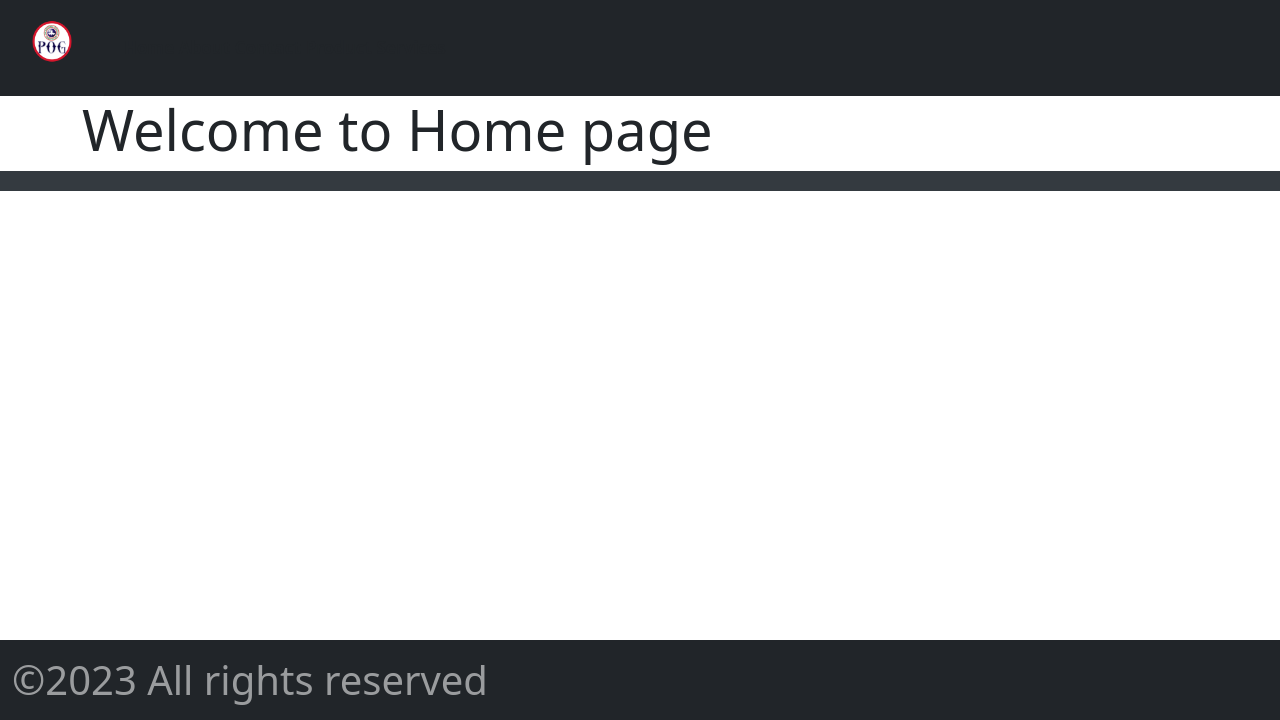
Repository: VuNhatDinhLe/test
Page: http://localhost/
An editor plug-in stored every save of this project. The page is shown before and after the next save, followed by the edit.
The browser window is 1280 px wide. The pictures show the whole page.
Some icons come from a web library that is not loaded, so they are not drawn. The page is served by the project's Node server (server.js). Other server files are loaded and not shown.

Above is the page before, as saved 2023-05-24 23:02:53.

### WEEK3DEMO/app/views/index.ejs
<!DOCTYPE html>
<html lang="en">
<head>
    <meta charset="UTF-8">
    <meta http-equiv="X-UA-Compatible" content="IE=edge">
    <meta name="viewport" content="width=device-width, initial-scale=1.0">
    <title><%= title %></title>
    <link rel="stylesheet" href="style.css"/>
    <link rel="stylesheet" href="/bootstrap/dist/css/bootstrap.min.css"/>
    <link rel="stylesheet" href="/@fortawesome/fontawesome-free/css/all.min.css"/>

        <style>
        ul.navbar-max {
            list-style: none; /* Remove the bullet */
            display: inline; /* Display the list items inline */
            float:right;
            font-size:17px

        }

        ul.navbar-max li {
            display: inline-block; /* Make the list items display inline */
        }
        a:link {
    text-decoration: none;
}


a:visited {
    text-decoration: none;
}


a:hover {
    text-decoration: none;
}


a:active {
    text-decoration: none;
}
html,
body {
  height: 100%;
  margin: 0;
}

body {
  display: flex;
  flex-direction: column;
}

main {
  flex: 1;
}



 footer {
            background-color: #343a40;
            color: #ffffff;
            padding: 10px;
        }

        footer .navbar-text {
            margin-bottom: 0;
        }


    </style>
</head>
<body>
   <!--Main Navigation-->
    <nav class="navbar navbar-expand-lg navbar-dark bg-dark">
  <div class="container-fluid">


    <!--<a class="navbar-brand" href="#">COMP229</a>-->
    <!--<button class="navbar-toggler" type="button" data-toggle="collapse" data-target="#navbarSupportedContent" aria-controls="navbarSupportedContent" aria-expanded="false" aria-label="Toggle navigation">
      <span class="navbar-toggler-icon"></span>
    </button>-->
    <img src="/img/logo.png" alt="logo" style: width="80px"; height="80px">
    <div class="collapse navbar-collapse" id="navbarSupportedContent">

      <b>
        <ul class="navbar-max mr-auto mb-2 mb-lg-0" >
          <% if (title=="Home"){%>
        <li class="nav-item active">
          <%}else{%>
            <li class="nav-item">
              <%}%>
          <a class="nav-link"  href="/"><i class="fas fa-lg fa-laptop-house"></i>Home</a>
        </li>
         <% if (title=="About"){%>
        <li class="nav-item active">
          <%}else{%>
            <li class="nav-item">
              <%}%>
          <a class="nav-link"  href="/about"><i class="fa-solid fa-address-card"></i>About</a>
        </li>
        <% if (title=="Contact"){%>
          <li class="nav-item active">
          <%}else{%>
        <li class="nav-item">
          <%}%>
          <a class="nav-link"  href="/contact"><i class="fa-solid fa-address-book"></i>Contact</a>
        </li>
         <% if (title=="Product"){%>
          <li class="nav-item active">
          <%}else{%>
        <li class="nav-item">
          <%}%>
          <a class="nav-link"  href="/products"><i class="fa-brands fa-product-hunt"></i>Product</a>
        </li>
         <% if (title=="Services"){%>
          <li class="nav-item active">
          <%}else{%>
        <li class="nav-item">
          <%}%>
          <a class="nav-link"  href="/services"><i class="fa-brands fa-servicestack"></i>Services</a>
        </li>
        </ul>
    </div>
  </div>
</nav>

<main class="container">
  <div class="jumbotron">
    <h1 class="display-4">Welcome to <%= title %> page</h1>
    </div>
    </main>
    <!--bottom nav-->

    <footer>
      <nav class="navbar fixed-bottom navbar-dark bg-dark">
   <div class="container-fluid">
    <h6 class="display-6 navbar-text">&copy;2023 All rights reserved</h6>
    </div>
    </nav>
  </div>
</nav>
      </footer>
      <!--script section-->
    <script src="/jquery/dist/jquery.min.js"></script>
    <script src="/bootstrap/dist/js/bootstrap.min.js"></script>
</body>

</html>

### WEEK3DEMO/server.js
process.env.NODE_ENV = process.env.NODE_ENV || 'development';
var express = require('./config/express');
var app = express();
app.listen(5000);
module.exports = app;

console.log('Server running at http://localhost:5000/');

### WEEK3DEMO/app/routes/index.server.routes.js
var express = require('express');
var router = express.Router();

/* GET home page. */
router.get('/', function(req, res, next) {
  res.render('index', { title: 'Home' });
});

router.get('/about', function(req, res, next) {
  res.render('index', { title: 'About' });
});
router.get('/products', function(req, res, next) {
  res.render('index', { title: 'Products' });
});
router.get('/contact', function(req, res, next) {
  res.render('index', { title: 'Contact' });
});
router.get('/services', function(req, res, next) {
  res.render('index', { title: 'Services' });
});

module.exports = router;

### WEEK3DEMO/public/Content/Style.css
a:link {
    text-decoration: none;
}


a:visited {
    text-decoration: none;
}


a:hover {
    text-decoration: none;
}


a:active {
    text-decoration: none;
}

ul {
    list-style-type: none;
}

After the next save:
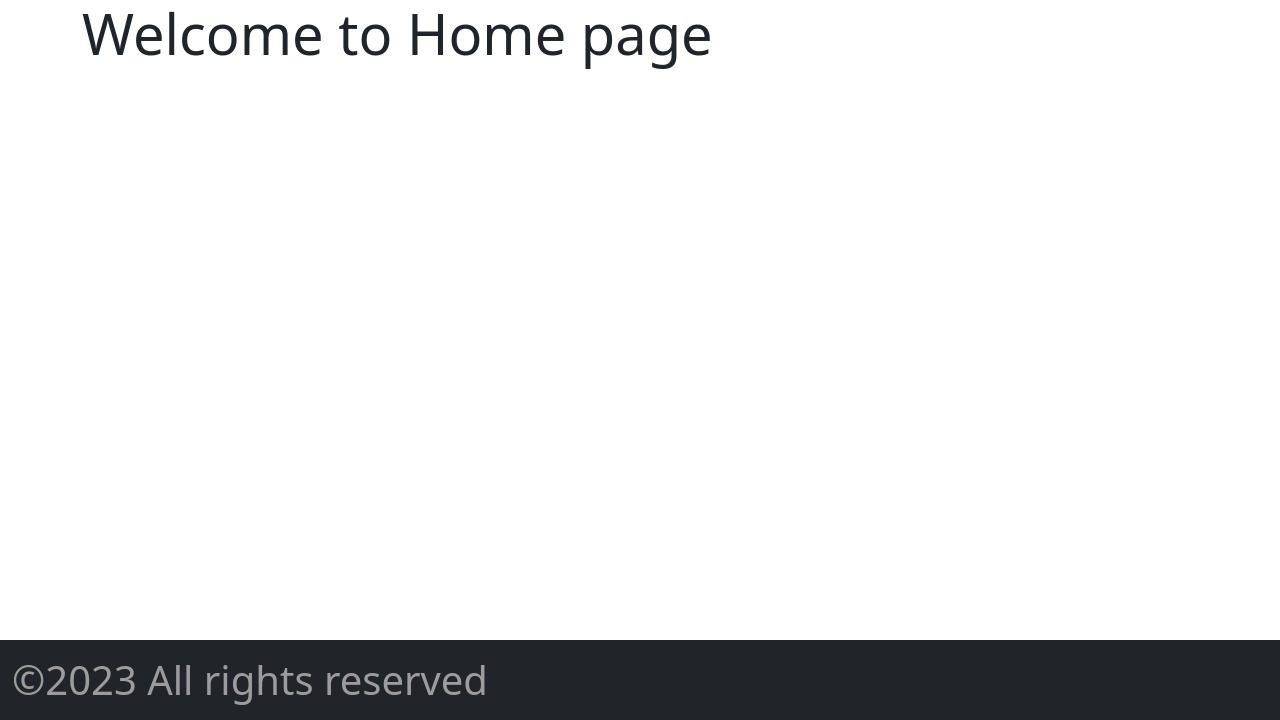
Saved 45 s later.
--- a/WEEK3DEMO/app/views/index.ejs
+++ b/WEEK3DEMO/app/views/index.ejs
@@ -70,59 +70,7 @@
     </style>
 </head>
 <body>
-   <!--Main Navigation-->
-    <nav class="navbar navbar-expand-lg navbar-dark bg-dark">
-  <div class="container-fluid">
 
-
-    <!--<a class="navbar-brand" href="#">COMP229</a>-->
-    <!--<button class="navbar-toggler" type="button" data-toggle="collapse" data-target="#navbarSupportedContent" aria-controls="navbarSupportedContent" aria-expanded="false" aria-label="Toggle navigation">
-      <span class="navbar-toggler-icon"></span>
-    </button>-->
-    <img src="/img/logo.png" alt="logo" style: width="80px"; height="80px">
-    <div class="collapse navbar-collapse" id="navbarSupportedContent">
-
-      <b>
-        <ul class="navbar-max mr-auto mb-2 mb-lg-0" >
-          <% if (title=="Home"){%>
-        <li class="nav-item active">
-          <%}else{%>
-            <li class="nav-item">
-              <%}%>
-          <a class="nav-link"  href="/"><i class="fas fa-lg fa-laptop-house"></i>Home</a>
-        </li>
-         <% if (title=="About"){%>
-        <li class="nav-item active">
-          <%}else{%>
-            <li class="nav-item">
-              <%}%>
-          <a class="nav-link"  href="/about"><i class="fa-solid fa-address-card"></i>About</a>
-        </li>
-        <% if (title=="Contact"){%>
-          <li class="nav-item active">
-          <%}else{%>
-        <li class="nav-item">
-          <%}%>
-          <a class="nav-link"  href="/contact"><i class="fa-solid fa-address-book"></i>Contact</a>
-        </li>
-         <% if (title=="Product"){%>
-          <li class="nav-item active">
-          <%}else{%>
-        <li class="nav-item">
-          <%}%>
-          <a class="nav-link"  href="/products"><i class="fa-brands fa-product-hunt"></i>Product</a>
-        </li>
-         <% if (title=="Services"){%>
-          <li class="nav-item active">
-          <%}else{%>
-        <li class="nav-item">
-          <%}%>
-          <a class="nav-link"  href="/services"><i class="fa-brands fa-servicestack"></i>Services</a>
-        </li>
-        </ul>
-    </div>
-  </div>
-</nav>
 
 <main class="container">
   <div class="jumbotron">
